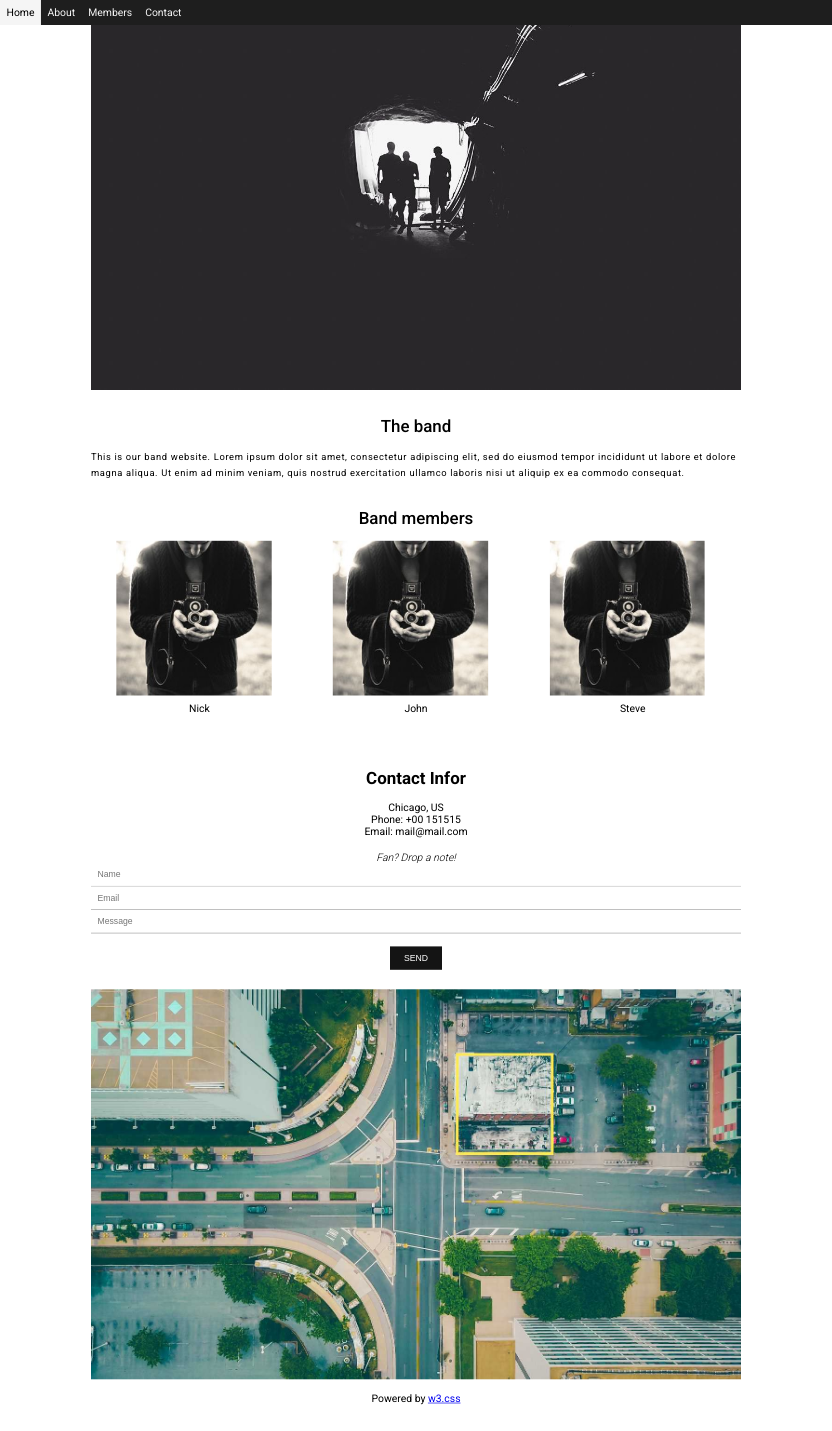
Repository: hieu-22/w3_band_UI
Page: index.html
The author's editor kept a copy of each file at every save. The page is drawn from the files as they stood at one save, then again after the next save.
The browser window is 1280 px wide. The pictures show the whole page, at 65% of full size.

Above is the page before, as saved 2022-12-30 13:35:42.

After the next save:
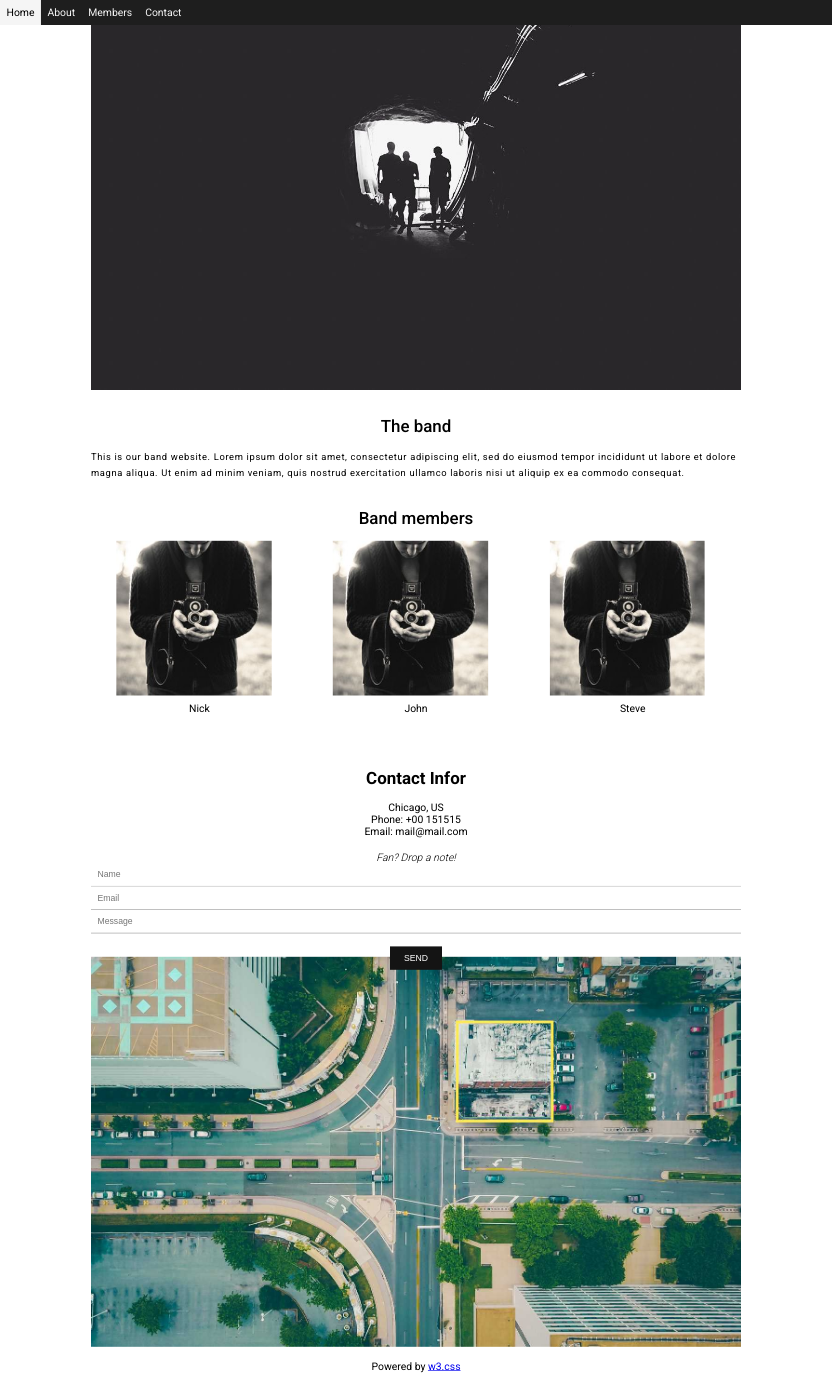
Saved 88 s later.
--- a/assets/css/style.css
+++ b/assets/css/style.css
@@ -166,7 +166,7 @@ button:hover {
 .contact-infor__banner {
     height: 600px;
     width: auto;
-    margin-top: 50px;
+    margin-top: 50px 20px;
     background-image: url(../img/map.jpg);
     background-size: cover;
 }
